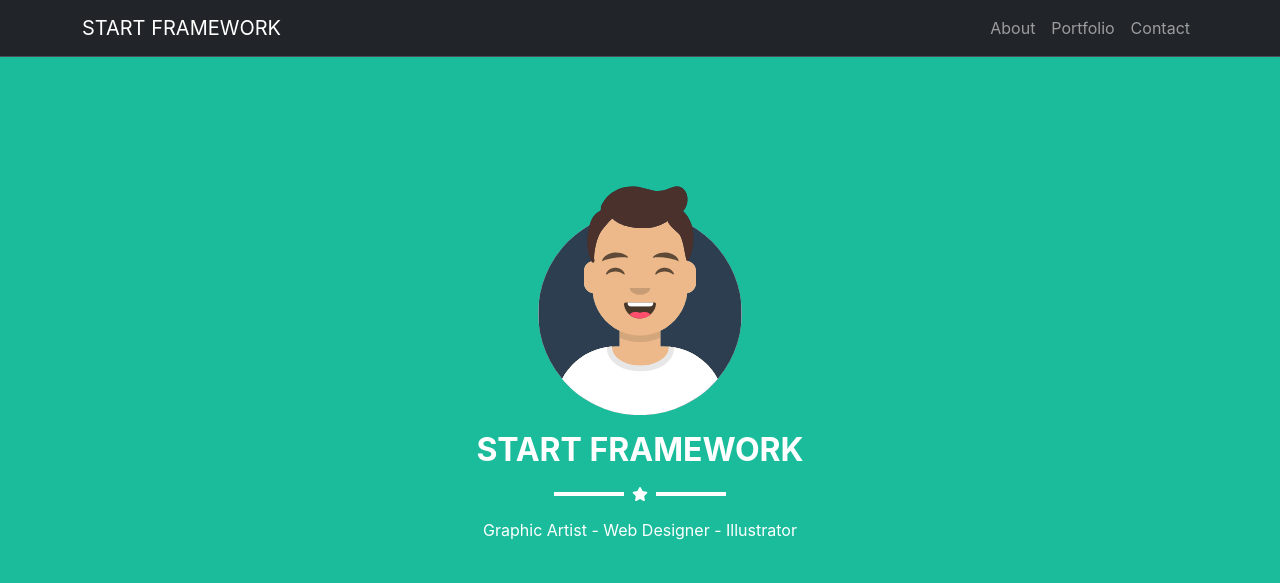
Repository: YomnaWegdan/startFramework
Page: /
These files come from the project's save history. The page is drawn as it stood at one moment and after the next save; the edit follows.
The browser window is 1280 px wide. The pictures show the whole page.
The project was rebuilt for these pictures with package versions that can differ from the ones it lists, and the page was loaded fresh each time. Also part of the build but not shown: src/Components/About.jsx, src/Components/Contact.jsx, src/Components/Error.jsx.

Above is the page before, as saved 2024-02-04 22:08:29.

### src/index.js
import React from 'react';
import ReactDOM from 'react-dom/client';
import 'bootstrap/dist/css/bootstrap.min.css'
import 'bootstrap/dist/js/bootstrap.bundle.min.js'

import './index.css';
import App from './App';
import reportWebVitals from './reportWebVitals';

const root = ReactDOM.createRoot(document.getElementById('root'));
root.render(
  <React.StrictMode>
    <App />
  </React.StrictMode>
);

// If you want to start measuring performance in your app, pass a function
// to log results (for example: reportWebVitals(console.log))
// or send to an analytics endpoint. Learn more: https://bit.ly/CRA-vitals
reportWebVitals();

### src/index.css
body {
  margin: 0;
  font-family: -apple-system, BlinkMacSystemFont, 'Segoe UI', 'Roboto', 'Oxygen',
    'Ubuntu', 'Cantarell', 'Fira Sans', 'Droid Sans', 'Helvetica Neue',
    sans-serif;
  -webkit-font-smoothing: antialiased;
  -moz-osx-font-smoothing: grayscale;
}

code {
  font-family: source-code-pro, Menlo, Monaco, Consolas, 'Courier New',
    monospace;
}
.w-20{
  width: 20%;
}
.home{
  background-color: #1ABC9C;
}
.line{
  background-color: white;
  width: 70px;
  height: 4px;
}

### src/App.js
import { RouterProvider, createBrowserRouter } from 'react-router-dom';
import './App.css';
import Layout from './Components/Layout';
import Home from './Components/Home';
import About from './Components/About';
import Contact from './Components/Contact';
import Error from './Components/Error';

function App() {

  let routes = createBrowserRouter([{
    path:'', element:<Layout/> , children:[
      {index:true , element:<Home/>},
      {path:'/about' , element:<About/>},
      {path:'/contact' , element:<Contact/>},
      {path:'*' , element:<Error/>},




    ]
  }])
  return (
    <div className="App">
    <RouterProvider router={routes}></RouterProvider>
    </div>
  );
}

export default App;

### src/Components/Layout.jsx
import React from 'react'
import Navbar from './Navbar'
import { Outlet } from 'react-router-dom'
import Footer from './Footer'

export default function Layout() {
  return (
    <div>
      <Navbar/>
      <Outlet></Outlet>
      <Footer/>
    </div>
  )
}

### src/Components/Home.jsx
import React, { Fragment } from 'react'
import img from '../images/avataaars.svg';
import { FaStar } from "react-icons/fa6";

export default function Home() {
  return (
    <Fragment>
      <section className='home vh-100 text-white'>
        <div className='container h-100'>
            <div className='row align-items-center justify-content-center h-100'>
                <div className='col-md-12'>
                <img src={img} className='w-20 mb-3' alt='img'/>
                <h2 className='fw-bold'>START FRAMEWORK</h2>
                <div className='d-flex justify-content-center align-items-center my-3'>
                    <div className='line'></div>
                    <FaStar className=' mx-2 '/>
                    <div className='line'></div>
                </div>
                <div>Graphic Artist - Web Designer - Illustrator</div>



                </div>
            </div>
        </div>

      </section>
    </Fragment>
  )
}

### src/Components/Navbar.jsx
import React from "react";
import { NavLink } from "react-router-dom";

export default function Navbar() {
  return (
    <>
      <nav
        className="navbar navbar-expand-lg bg-dark border-bottom border-body fixed-top"
        data-bs-theme="dark"
      >
        <div className="container">
          <NavLink className="navbar-brand" to="/">
            START FRAMEWORK
          </NavLink>
          <button
            className="navbar-toggler"
            type="button"
            data-bs-toggle="collapse"
            data-bs-target="#navbarSupportedContent"
            aria-controls="navbarSupportedContent"
            aria-expanded="false"
            aria-label="Toggle navigation"
          >
            <span className="navbar-toggler-icon"></span>
          </button>
          <div className="collapse navbar-collapse" id="navbarSupportedContent">
            <ul className="navbar-nav ms-auto mb-2 mb-lg-0">
              <li className="nav-item">
                <NavLink className="nav-link" to="/about">
                  About
                </NavLink>
              </li>
              <li className="nav-item">
                <NavLink className="nav-link" to="/portfolio">
                  Portfolio
                </NavLink>
              </li>
              <li className="nav-item">
                <NavLink className="nav-link" to="/Contact">
                  Contact
                </NavLink>
              </li>
            </ul>
          </div>
        </div>
      </nav>
    </>
  );
}

Loaded but not shown: public/index.html (common file); src/reportWebVitals.js (common file); src/App.css (common file); src/Components/Footer.jsx (common file)

After the next save:
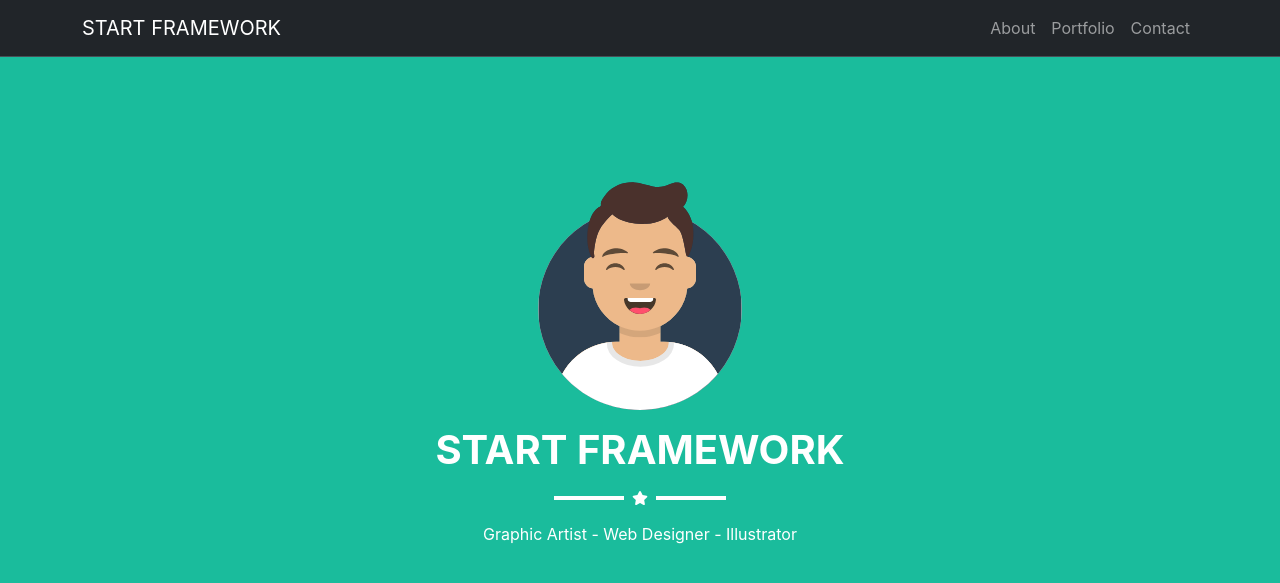
Saved 37 s later.
--- a/src/index.css
+++ b/src/index.css
@@ -22,3 +22,6 @@ code {
   width: 70px;
   height: 4px;
 }
+h2{
+  font-size: 40px;
+}
